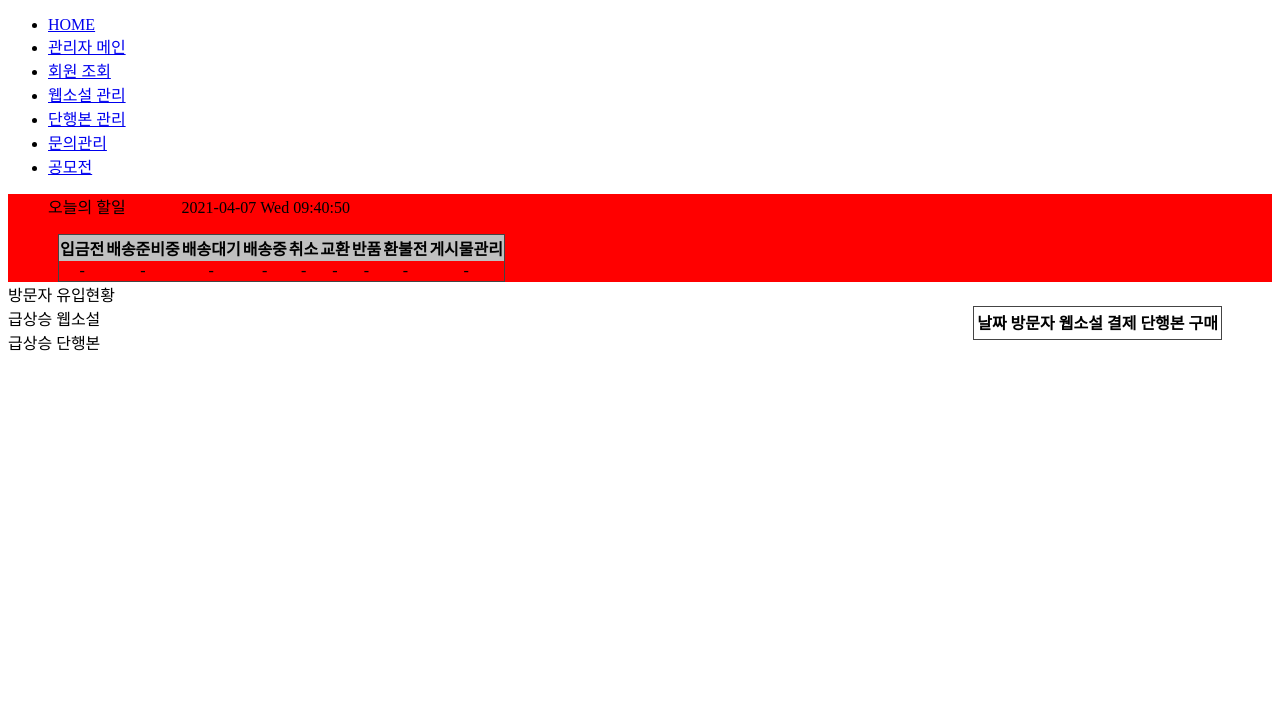
Repository: hoony0203/firstbook
Page: http://localhost/first_book/admin/main
The author's editor kept a copy of each file at every save. The page is drawn from the files as they stood at one save, then again after the next save.
The browser window is 1280 px wide. The pictures show the whole page.
The page is served by Tomcat 9.

Above is the page before, as saved 2021-04-10 08:31:32.

After the next save:
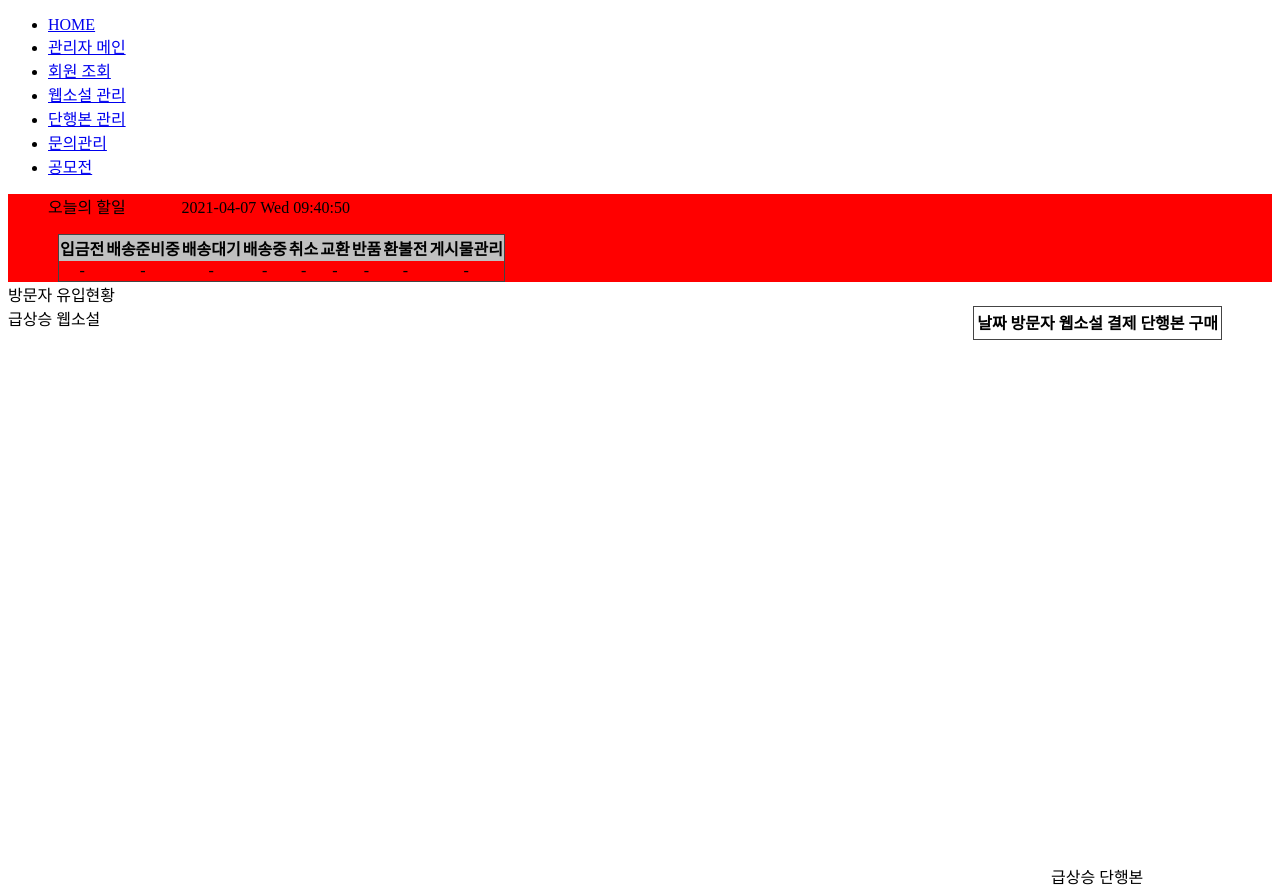
Saved 40 s later.
--- a/first_book/web/WEB-INF/views/admin/adminMain.jsp
+++ b/first_book/web/WEB-INF/views/admin/adminMain.jsp
@@ -16,7 +16,7 @@
 	#a1 table>thead { background-color: silver; }
 	#a3 table { float: right; margin-right: 50px; border: 1px solid #444444;}
 
-	#a5 { postion : absolute; width: 121px; height: 23px; left: 1051px; top: 864px; }
+	#a5 { position : absolute; width: 121px; height: 23px; left: 1051px; top: 864px; }
 
 </style>
 
